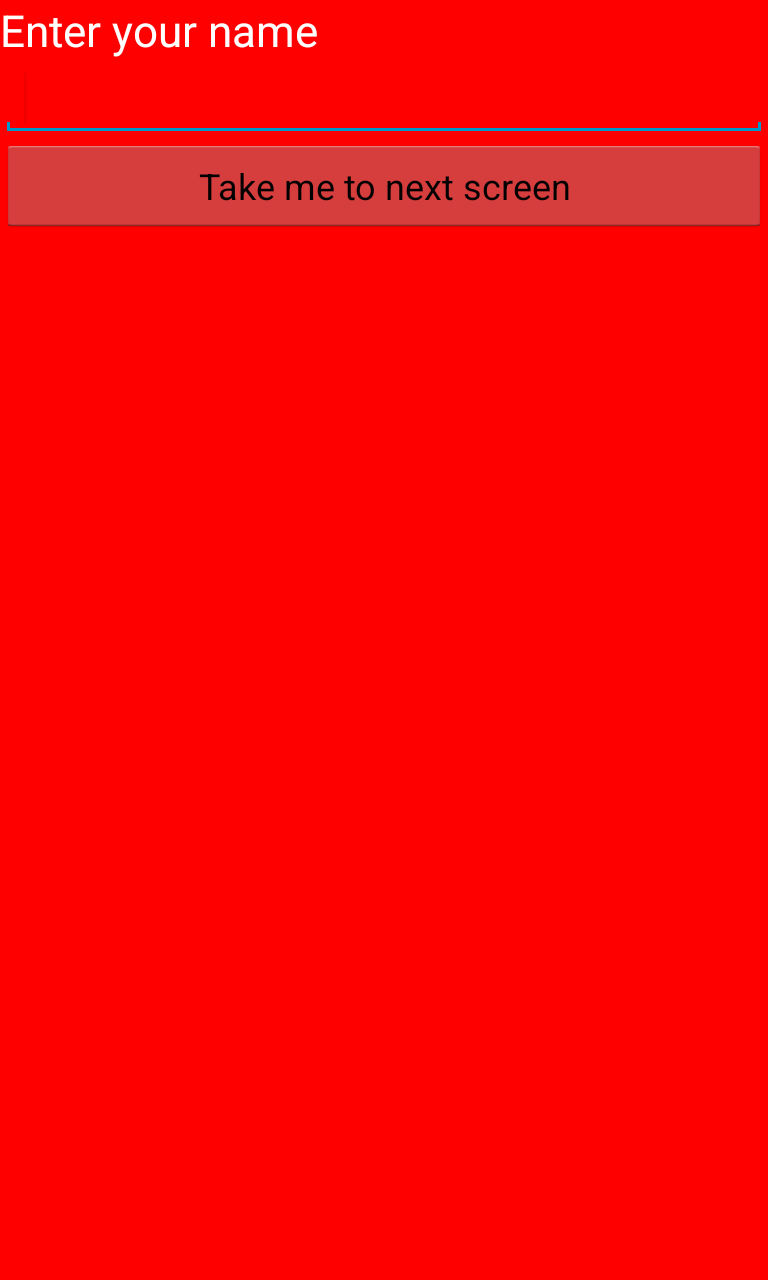
Repository: fsoDannis/FSO_JAVAII
Layout: JavaII_Week1/res/layout/activity_main.xml
The author's editor kept a copy of each file at every save. The layout is drawn from the files as they stood at one save, then again after the next save.
It is drawn on a 768 x 1280 px phone screen (xhdpi) without system bars, with theme AppTheme; the app's code is not run.

Above is the layout before, as saved 2013-05-10 00:49:35.

### JavaII_Week1/res/layout/activity_main.xml
<?xml version="1.0" encoding="utf-8"?>
<LinearLayout xmlns:android="http://schemas.android.com/apk/res/android"
    android:layout_width="fill_parent"
    android:layout_height="fill_parent"
    android:orientation="vertical"
    android:background="#ff0000">
    <TextView
        android:id="@+id/textView1"
        android:layout_width="match_parent"
        android:layout_height="wrap_content"
        android:text="Enter your name"
        android:textColor="#ffffff"
        android:textAppearance="?android:attr/textAppearanceLarge" />
    <EditText
        android:id="@+id/editText1"
        android:layout_width="match_parent"
        android:layout_height="wrap_content"
        android:ems="10"
         android:textColor="#ffffff">
        <requestFocus />
    </EditText>
    <Button
        android:id="@+id/button1"
        android:layout_width="match_parent"
        android:layout_height="wrap_content"
        android:text="Take me to next screen" />
    <TextView
        android:id="@+id/textView3"
        android:layout_width="match_parent"
        android:layout_height="wrap_content"
        android:layout_marginBottom="20px"
         android:textColor="#ffffff"
        android:text=""
        android:textAppearance="?android:attr/textAppearanceLarge" />
</LinearLayout>

Loaded but not shown: JavaII_Week1/res/values/styles.xml (common file); JavaII_Week1/res/values-v11/styles.xml (common file); JavaII_Week1/res/values-v14/styles.xml (common file)

After the next save:
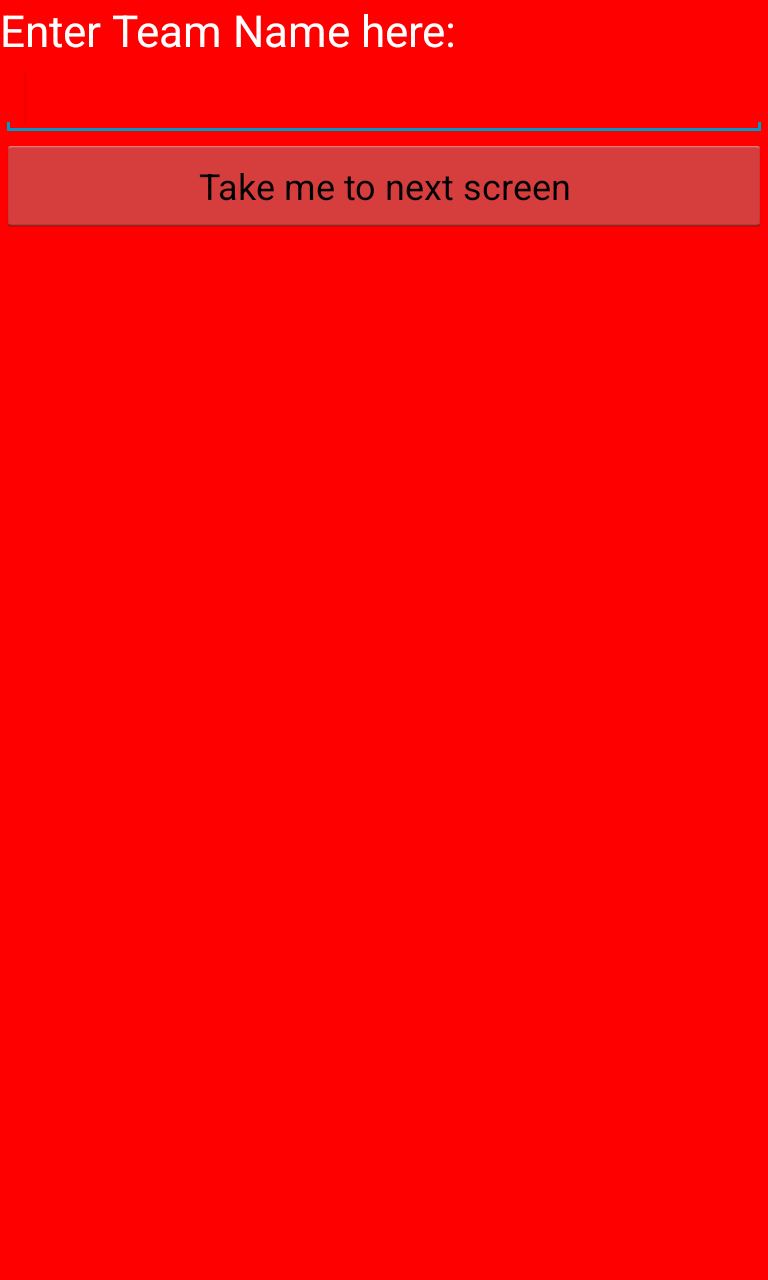
Saved 75 s later.
--- a/JavaII_Week1/res/layout/activity_main.xml
+++ b/JavaII_Week1/res/layout/activity_main.xml
@@ -8,7 +8,7 @@
         android:id="@+id/textView1"
         android:layout_width="match_parent"
         android:layout_height="wrap_content"
-        android:text="Enter your name"
+        android:text="Enter Team Name here:"
         android:textColor="#ffffff"
         android:textAppearance="?android:attr/textAppearanceLarge" />
     <EditText
